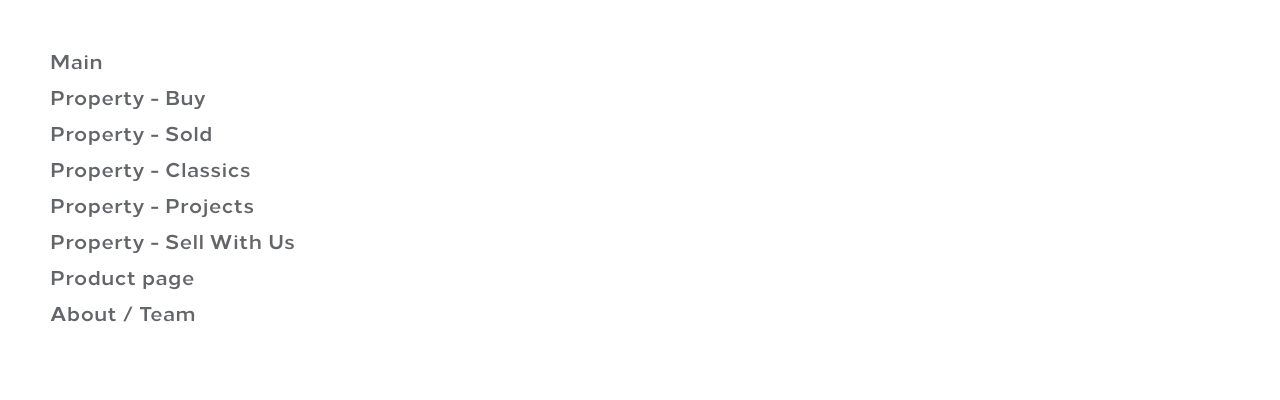
Repository: TarasDutchak/srb
Page: sitemap.html
An editor plug-in stored every save of this project. The page is shown before and after the next save, followed by the edit.
The browser window is 1280 px wide. The pictures show the whole page.

Above is the page before, as saved 2024-07-25 09:22:55.
Console error: ReferenceError: Swiper is not defined

After the next save:
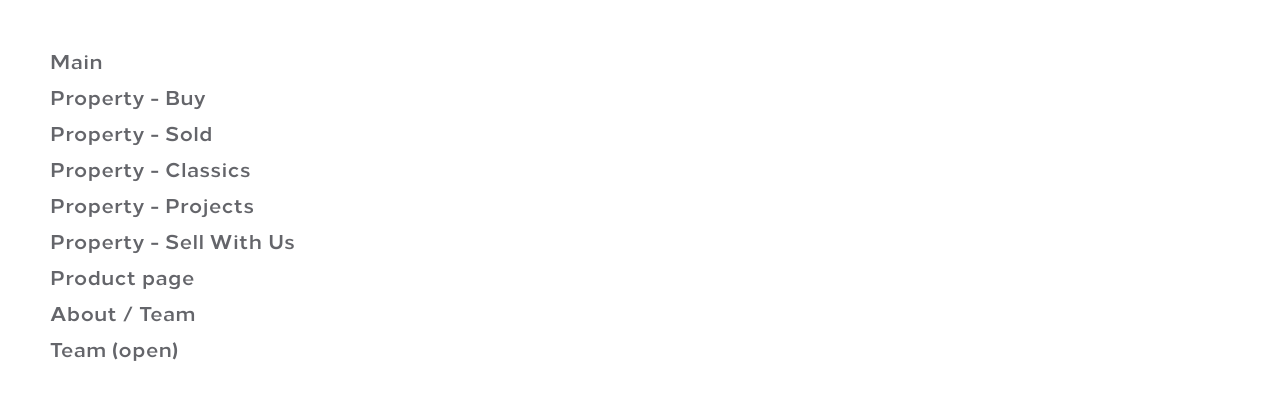
Saved 8 h 45 min later.
--- a/sitemap.html
+++ b/sitemap.html
@@ -22,7 +22,7 @@
             <li><a href="sellwithus.html" target="_blank">Property - Sell With Us</a></li>
             <li><a href="product.html" target="_blank">Product page</a></li>
             <li><a href="about-team.html" target="_blank">About / Team</a></li>
-
+            <li><a href="team-open.html" target="_blank">Team (open)</a></li>
         </ul>
     </div>
 
